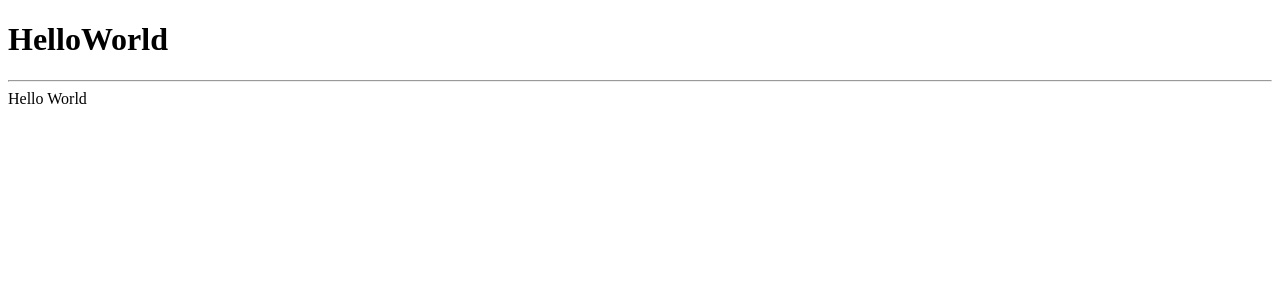
Repository: 13982720426/vue2.0-LearningNotes
Page: example/component-4.html
The author's editor kept a copy of each file at every save. The page is drawn from the files as they stood at one save, then again after the next save.
The browser window is 1280 px wide. The pictures show the whole page.

Above is the page before, as saved 2021-06-24 22:00:50.

After the next save:
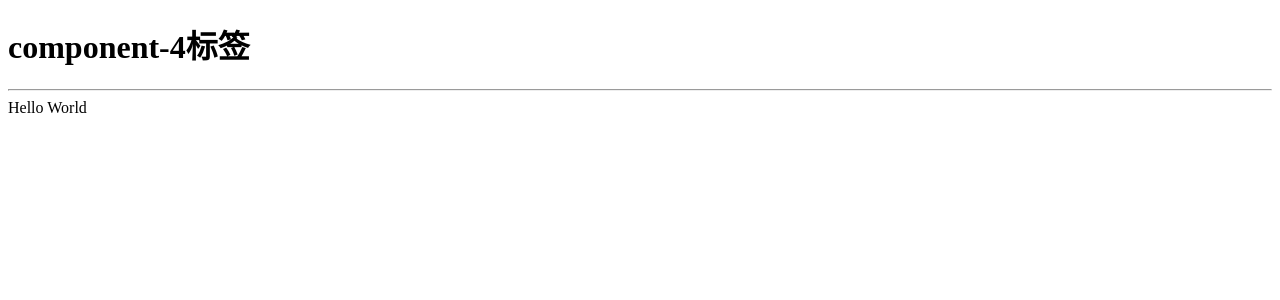
Saved 35 s later.
--- a/example/component-4.html
+++ b/example/component-4.html
@@ -4,11 +4,11 @@
     <meta charset="UTF-8" />
     <meta http-equiv="X-UA-Compatible" content="IE=edge" />
     <meta name="viewport" content="width=device-width, initial-scale=1.0" />
-    <title>HelloWord</title>
+    <title>component-4标签</title>
     <script type="text/javascript" src="../assets/js/vue.js"></script>
   </head>
   <body>
-    <h1>HelloWorld</h1>
+    <h1>component-4标签</h1>
     <hr />
     <div id="app">{{message}}</div>
     <script type="text/javascript">
